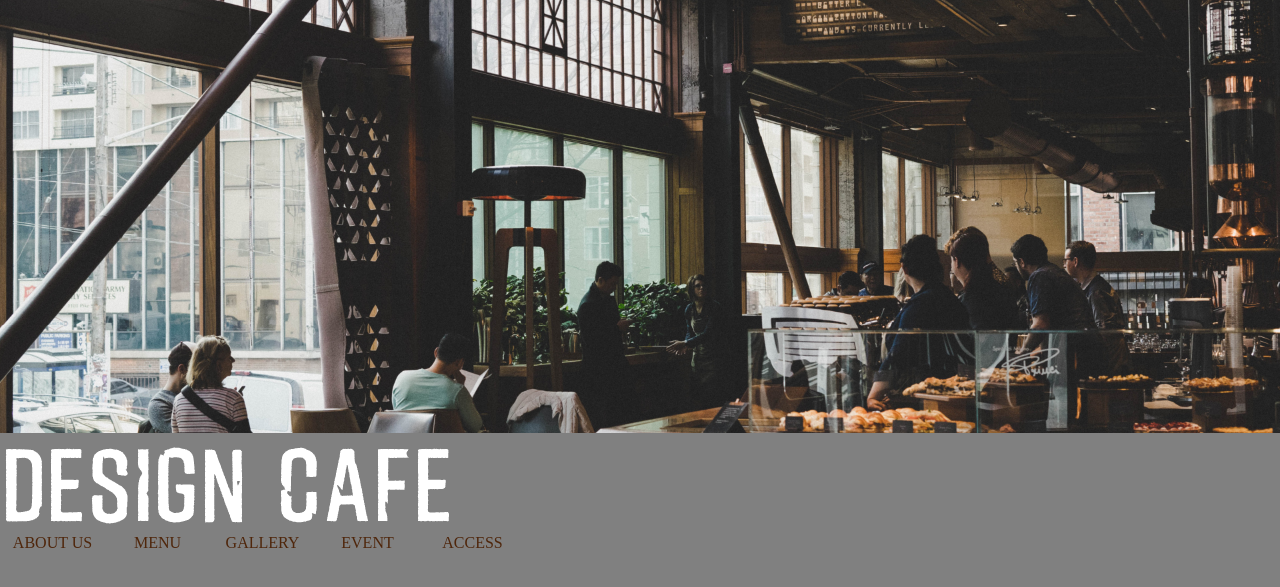
Repository: sonoyama01/dezasuta
Page: 第4回課題/index.html
An editor plug-in stored every save of this project. The page is shown before and after the next save, followed by the edit.
The browser window is 1280 px wide. The pictures show the whole page.

Above is the page before, as saved 2024-05-01 23:24:48.

After the next save:
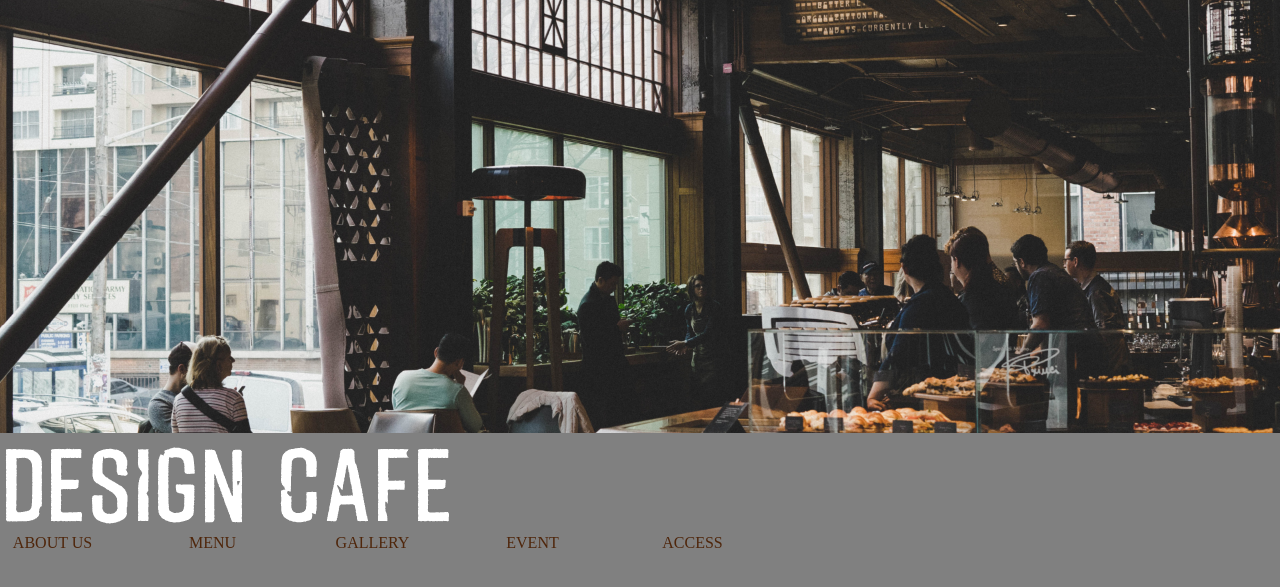
Saved 51 s later.
--- a/第4回課題/css/style.css
+++ b/第4回課題/css/style.css
@@ -49,6 +49,7 @@ body {
 
 .pc_nav ul {
   display: flex;
+  gap: 55px;
 }
 
 .pc_nav ul li {
